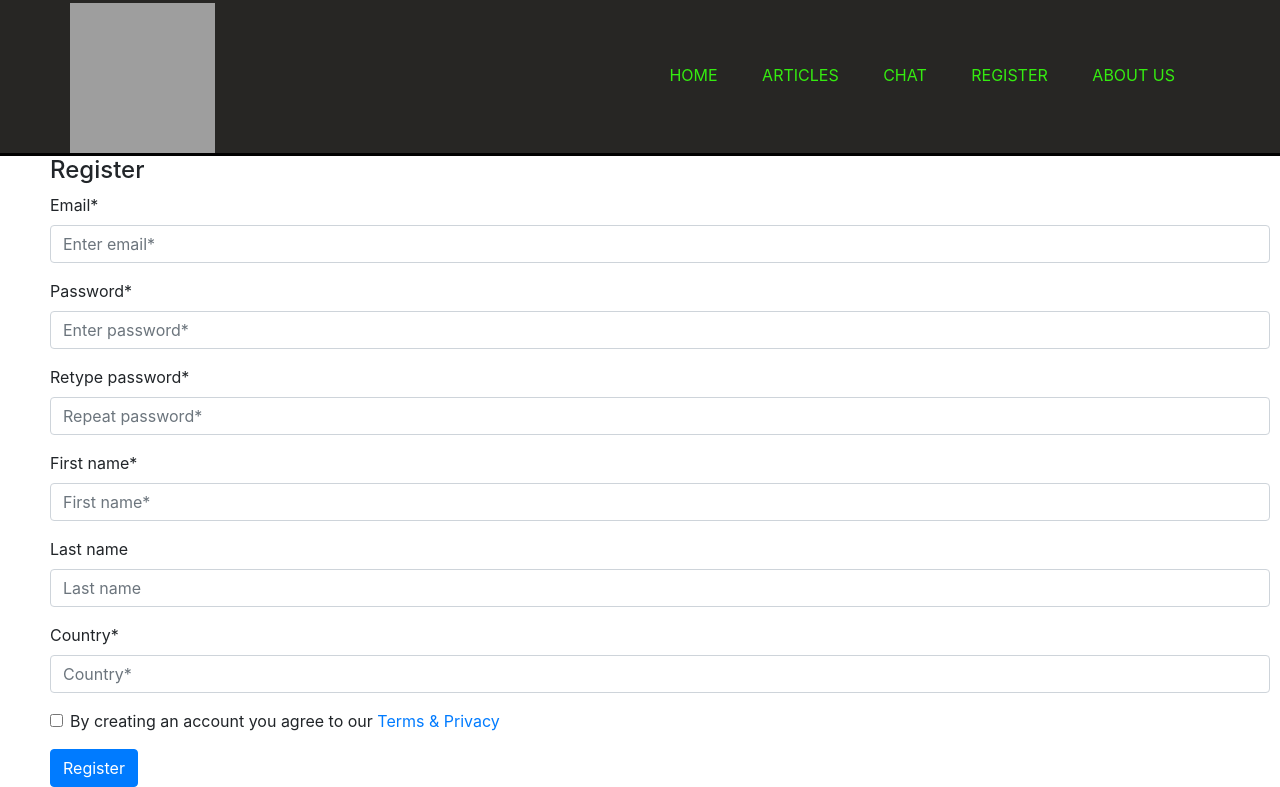
Repository: elvitasaukitena/Web
Page: register/register.html
These files come from the project's save history. The page is drawn as it stood at one moment and after the next save; the edit follows.
The browser window is 1280 px wide. The pictures show the whole page.
Pictures or frames that could not be fetched are drawn as grey boxes.

Above is the page before, as saved 2018-08-08 14:56:12.

After the next save:
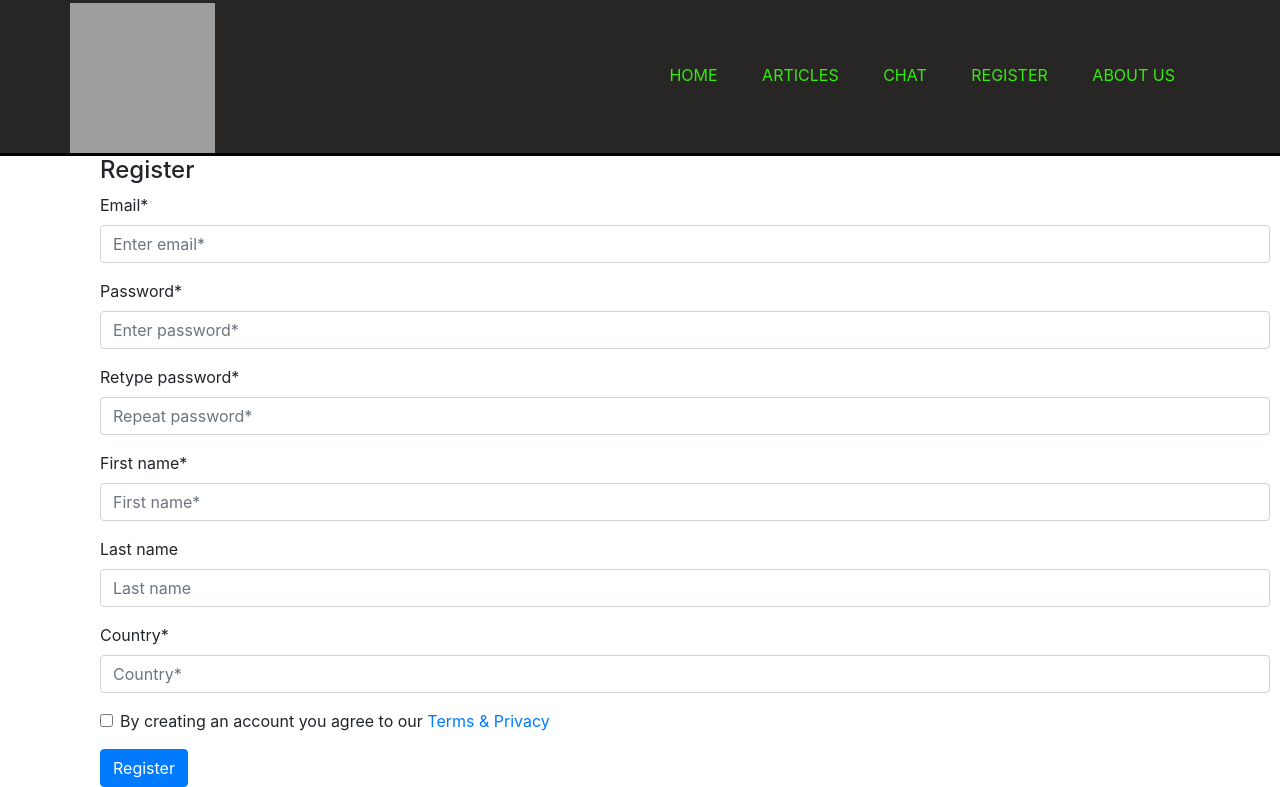
Saved 14 s later.
--- a/register/register.css
+++ b/register/register.css
@@ -59,5 +59,5 @@
     padding: 0 20px 0 20px;
 }
 .register {
-    padding: 0 10px 0 50px;
+    padding: 0 10px 0 100px;
 }
